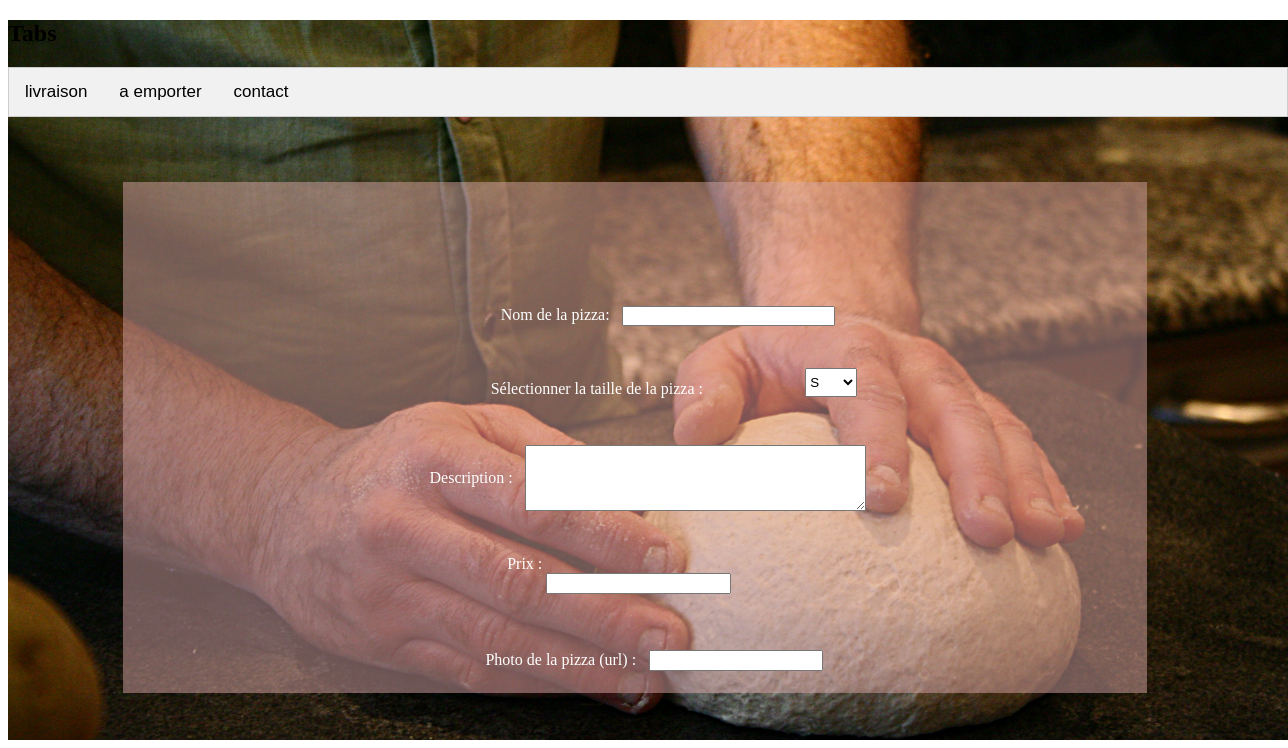
Repository: dev84-unalien/pippo_pizza
Page: admin.html
These files come from the project's save history. The page is drawn as it stood at one moment and after a run of saves; the edit follows.
The browser window is 1280 px wide. The page is 1288 px wide, so the pictures cover 1288 px, including what lies to the right of the window. The pictures show the whole page.

Above is the page before, as saved 2019-09-10 16:17:55.

### admin.html
<!DOCTYPE html>
<html lang="en">

<head>
    <meta charset="UTF-8">
    <meta name="viewport" content="width=device-width, initial-scale=1.0">
    <meta http-equiv="X-UA-Compatible" content="ie=edge">
    <title>pizzaria pippo</title>
    <link rel="stylesheet" href="admin.css">
    <script src="jquery-3.4.1.min.js"></script>
    <script src="admin.js"></script>

</head>

<body>
    <div id=unos>
        <div id=commande>

            <h2>Tabs</h2>


            <div class="tab">
                <button class="tablinks" onclick="openCity(event, 'livraison')">livraison</button>
                <button class="tablinks" onclick="openCity(event, 'emporter')">a emporter</button>
                <button class="tablinks" onclick="openCity(event, 'contact')">contact</button>
            </div>

            <div id="livraison" class="tabcontent">
                <h3>livraison</h3>
            </div>

            <div id="emporter" class="tabcontent">
                <h3>emporter</h3>

            </div>

            <div id="contact" class="tabcontent">
            </div>
            </form>

         <div id="body">
            <div id="Gcadre">
                 <div id="Nom">Nom de la pizza:<input id="écriture"></input></div>
                  <div id="Taille">
                  <p>Sélectionner la taille de la pizza :</p>
                   <select >
                         <option value="S">S</option>
                         <option value="M">M</option>
                         <option value=">L">L</option>
                         <option value="XL">XL</option>
                         <option value="XXL">XXL</option>
                     </select>
                </div>
                <div id="Description">Description :<TEXTAREA name="desc" rows=4 cols=40></TEXTAREA></div>
                <div id="Prix">Prix : <input id="prix1"></input></div>

                <div id="Image"> Photo de la pizza (url) :<input id="imgpizza"></input></div>
            </div>

        </div>
    </div>
</body>

</html>

### admin.css
#unos {
  height: 100vh;
  width: 100vw;
  background-image: url("images/ajoutpizza.jpg");
  justify-content: cover;
  background-size: 100vw;
}
#body{
    width: 100vw;
    height: 80vh;
    display: flex;
  flex-direction: column;
  justify-content: center;
  align-content: center;
}
#Gcadre {
  display: flex;
  flex-direction: column;
  justify-content: space-around;
  align-items: center;
  width: 80vw;
  height: 80vh;
  background-color: rgba(216, 166, 166, 0.5);
  margin-left: 9vw;
  margin-top:9vh;
  color: white;
}

#Nom {
  margin-left: 9vw;
  display: flex;
  color: white;
  margin-top: 8vw;
  width: 30vw;
  height:2vh;
}
#écriture{
  width:16vw;
  height:2vh;
  margin-left:1vw;
}

#Taille {
  margin-right: 6vw;
  display: flex;
  justify-content: center;
  align-content: center;
  width: 80vw;
  height: 5vh;
}
select {
  width: 4vw;
  height: 4vh;
  margin-top: 0.5vh;

}

#Description{
  margin-left: 2vw;
  size: 5rem;
  display: flex;
  justify-content: center;
  align-items: center;

}
#Prix{
  width: 20vw;
  height: 4vw;

}
#prix1{
  margin-left:3vw;
}
#imgpizza{
width: 13vw;
margin-left:1vw;
}
#Image{
  margin-left: 3vw;
}
TEXTAREA{
  margin-left:1vw;

}
p {
  color: white;
  margin-left: 12vw;
  margin-right: 8vw;
}

#formulaire {
  height: 50%;
  width: 50%;
  background-color: aliceblue;
}

#livraison {
  background-color: aquamarine;
}

#emporter {
  background-color: beige;
}
#contact {
  background-color: powderblue;
}

.tab {
  overflow: hidden;
  border: 1px solid #ccc;
  background-color: #f1f1f1;
}

/* Style the buttons inside the tab */

.tab button {
  background-color: inherit;
  float: left;
  border: none;
  outline: none;
  cursor: pointer;
  padding: 14px 16px;
  transition: 0.3s;
  font-size: 17px;
}

/* Change background color of buttons on hover */

.tab button:hover {
  background-color: red;
}

/* Create an active/current tablink class */

.tab button.active {
  background-color: red;
}

/* Style the tab content */

.tabcontent {
  display: none;
  padding: 6px 12px;
  border: 1px solid red;
  border-top: none;
}

Loaded but not shown: jquery-3.4.1.min.js (library); admin.js (no copy from this time; the picture is the same without it)

After the next 3 saves:
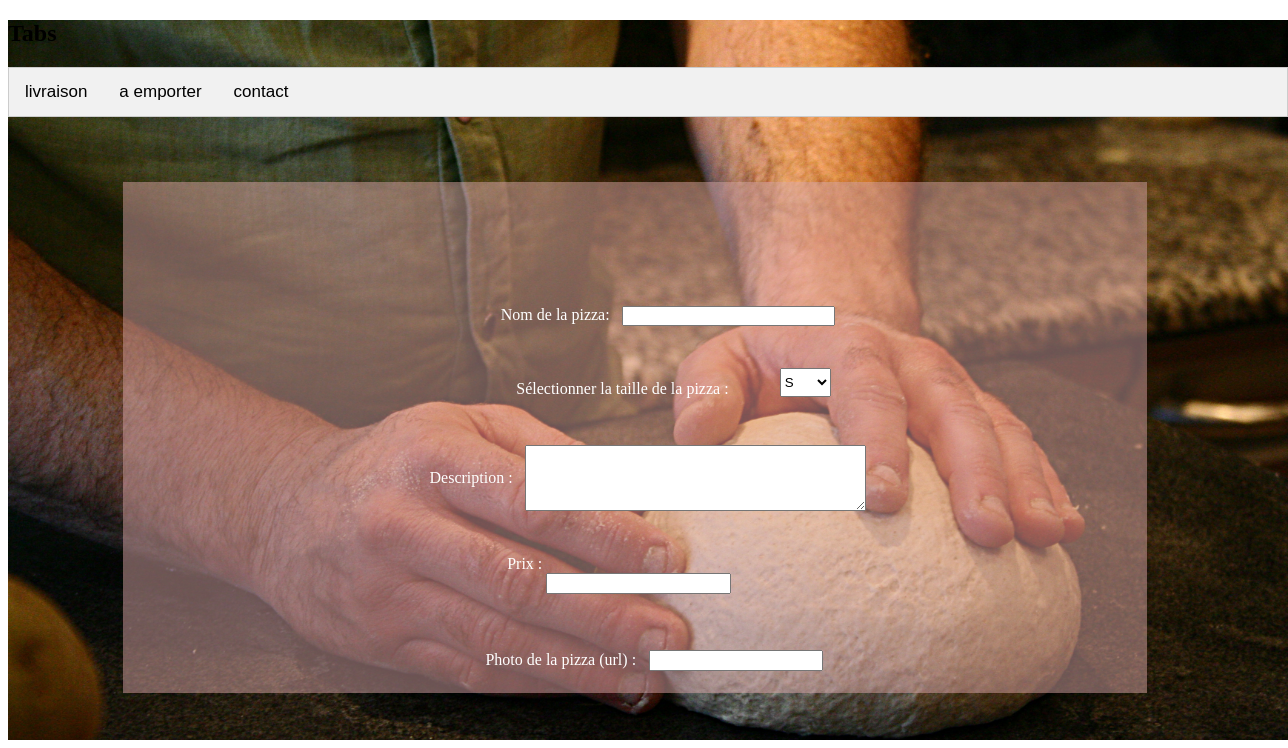
The 3 saves are shown as one change because they came seconds apart.
The last was saved 9 s later.
--- a/admin.css
+++ b/admin.css
@@ -85,7 +85,7 @@ TEXTAREA{
 p {
   color: white;
   margin-left: 12vw;
-  margin-right: 8vw;
+  margin-right: 4vw;
 }
 
 #formulaire {
